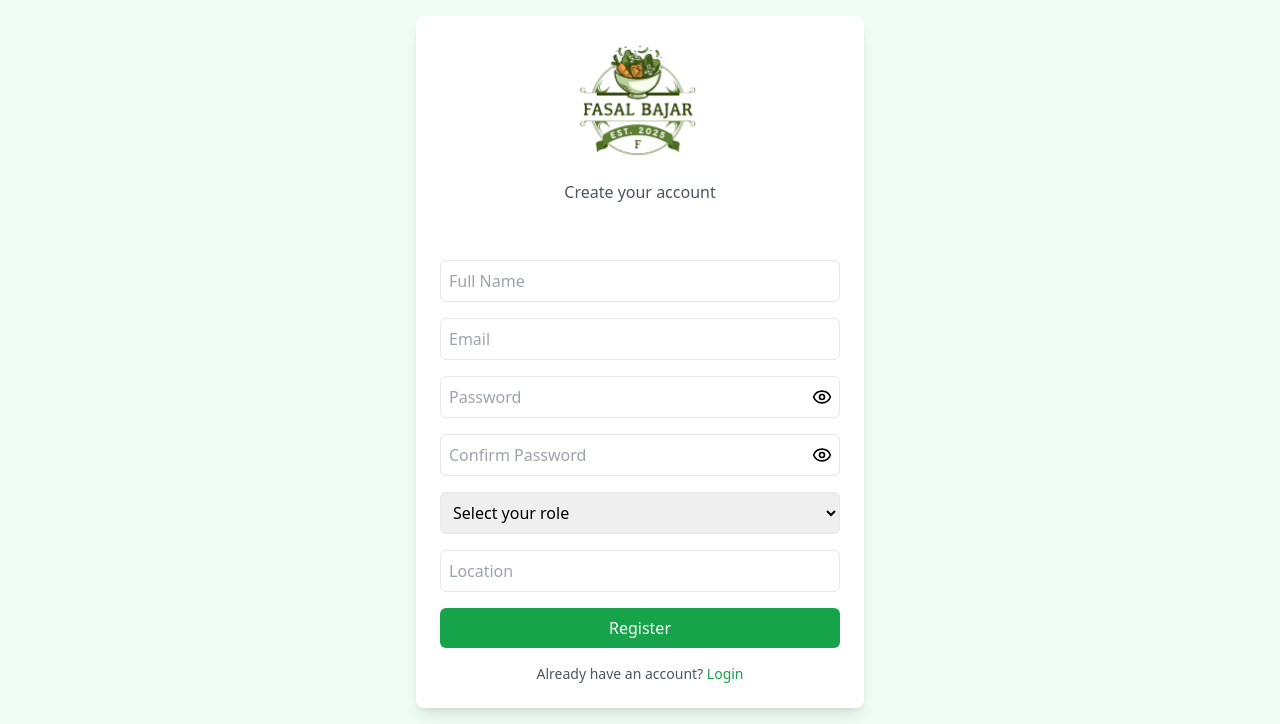
Repository: Dineshbhandari2023/FYP_Fasal_Bajar
Page: /register (app in Client/)
An editor plug-in stored every save of this project. The page is shown before and after the next save, followed by the edit.
The browser window is 1280 px wide. The pictures show the whole page.
The project was rebuilt for these pictures with package versions that can differ from the ones it lists, and the page was loaded fresh each time. Also part of the build but not shown: Client/vite.config.js, Client/src/Authentication/logIn.jsx, Client/src/Dashboard/dashboard.jsx.

Above is the page before, as saved 2025-02-17 19:53:20.

### Client/index.html
<!DOCTYPE html>
<html lang="en">
  <head>
    <meta charset="UTF-8" />
    <link rel="icon" type="image/svg+xml" href="/vite.svg" />
    <meta name="viewport" content="width=device-width, initial-scale=1.0" />
    <title>Vite + React</title>
    <style>
      @import url("https://fonts.googleapis.com/css2?family=Montserrat:ital@0;1&display=swap");
    </style>
  </head>
  <body>
    <div id="root"></div>
    <script type="module" src="/src/main.jsx"></script>
  </body>
</html>

### Client/src/App.jsx
import React from "react";
import { BrowserRouter as Router, Routes, Route } from "react-router-dom";
import Login from "./Authentication/Login";
import Dashboard from "./Dashboard/dashboard";
import Register from "./Authentication/Register";
// import Home from "./Home/home";

const App = () => {
  return (
    <Router>
      <div>
        <Routes>
          <Route path="/" element={<Dashboard />} />
          <Route path="/login" element={<Login />} />
          <Route path="/register" element={<Register />} />
          {/* <Route path="/dashboard" element={<Home />} /> */}
        </Routes>
      </div>
    </Router>
  );
};

export default App;

### Client/src/Authentication/Register.jsx
import React, { useState } from "react";
import { Eye, EyeOff } from "lucide-react";
import axios from "axios";
import { useNavigate } from "react-router-dom";
import logo from "../Assets/auth_logo.png";

const Register = () => {
  const [formData, setFormData] = useState({
    fullName: "",
    email: "",
    password: "",
    confirmPassword: "",
    role: "",
    location: "",
  });
  const [errors, setErrors] = useState({});
  const [showPassword, setShowPassword] = useState(false);
  const [showConfirmPassword, setShowConfirmPassword] = useState(false);
  const navigate = useNavigate();

  const validateForm = () => {
    const newErrors = {};
    if (!formData.fullName.trim()) newErrors.fullName = "Full name is required";
    const emailRegex = /^[^\s@]+@[^\s@]+\.[^\s@]+$/;
    if (!formData.email) newErrors.email = "Email is required";
    else if (!emailRegex.test(formData.email))
      newErrors.email = "Invalid email";
    if (!formData.password) newErrors.password = "Password is required";
    else if (formData.password.length < 8)
      newErrors.password = "Password must be at least 8 characters";
    if (!formData.confirmPassword)
      newErrors.confirmPassword = "Please confirm your password";
    else if (formData.password !== formData.confirmPassword)
      newErrors.confirmPassword = "Passwords do not match";
    if (!formData.role) newErrors.role = "Please select a role";
    if (!formData.location.trim()) newErrors.location = "Location is required";

    setErrors(newErrors);
    return Object.keys(newErrors).length === 0;
  };

  const handleChange = (e) => {
    const { name, value } = e.target;
    setFormData((prev) => ({ ...prev, [name]: value }));
    if (errors[name]) setErrors((prev) => ({ ...prev, [name]: "" }));
  };

  const handleSubmit = async (e) => {
    e.preventDefault();
    if (!validateForm()) return;

    try {
      const response = await axios.post(
        "http://localhost:8000/register",
        formData,
        {
          headers: { "Content-Type": "application/json" },
        }
      );
      if (response.status === 201) {
        alert("User registered successfully!");
        navigate("/login");
      }
    } catch (error) {
      setErrors({
        apiError:
          error.response?.data?.message ||
          "Registration failed. Try again later.",
      });
    }
  };

  return (
    <div className="min-h-screen bg-green-50 flex items-center justify-center p-4">
      <div className="bg-white rounded-lg shadow-lg p-6 w-full max-w-md">
        <div className="flex flex-col items-center mb-8">
          <div className="text-green-600 mb-3 h-32 w-32">
            <img src={logo} alt="fasal_Bajar logo" />
          </div>
          <p className="text-gray-600 text-center mb-6">Create your account</p>
        </div>
        <form onSubmit={handleSubmit} className="space-y-4">
          <input
            type="text"
            name="fullName"
            value={formData.fullName}
            onChange={handleChange}
            placeholder="Full Name"
            className="w-full p-2 border rounded-md"
          />
          {errors.fullName && (
            <p className="text-red-500 text-xs">{errors.fullName}</p>
          )}
          <input
            type="email"
            name="email"
            value={formData.email}
            onChange={handleChange}
            placeholder="Email"
            className="w-full p-2 border rounded-md"
          />
          {errors.email && (
            <p className="text-red-500 text-xs">{errors.email}</p>
          )}
          <div className="relative">
            <input
              type={showPassword ? "text" : "password"}
              name="password"
              value={formData.password}
              onChange={handleChange}
              placeholder="Password"
              className="w-full p-2 border rounded-md"
            />
            <button
              type="button"
              onClick={() => setShowPassword(!showPassword)}
              className="absolute right-2 top-1/2 transform -translate-y-1/2"
            >
              {showPassword ? <EyeOff size={20} /> : <Eye size={20} />}
            </button>
          </div>
          {errors.password && (
            <p className="text-red-500 text-xs">{errors.password}</p>
          )}
          <div className="relative">
            <input
              type={showConfirmPassword ? "text" : "password"}
              name="confirmPassword"
              value={formData.confirmPassword}
              onChange={handleChange}
              placeholder="Confirm Password"
              className="w-full p-2 border rounded-md"
            />
            <button
              type="button"
              onClick={() => setShowConfirmPassword(!showConfirmPassword)}
              className="absolute right-2 top-1/2 transform -translate-y-1/2"
            >
              {showConfirmPassword ? <EyeOff size={20} /> : <Eye size={20} />}
            </button>
          </div>
          {errors.confirmPassword && (
            <p className="text-red-500 text-xs">{errors.confirmPassword}</p>
          )}
          <select
            name="role"
            value={formData.role}
            onChange={handleChange}
            className="w-full p-2 border rounded-md"
          >
            <option value="">Select your role</option>
            <option value="Farmer">Farmer</option>
            <option value="Buyer">Buyer</option>
          </select>
          {errors.role && <p className="text-red-500 text-xs">{errors.role}</p>}
          <input
            type="text"
            name="location"
            value={formData.location}
            onChange={handleChange}
            placeholder="Location"
            className="w-full p-2 border rounded-md"
          />
          {errors.location && (
            <p className="text-red-500 text-xs">{errors.location}</p>
          )}
          {errors.apiError && (
            <p className="text-red-500 text-xs">{errors.apiError}</p>
          )}
          <button
            type="submit"
            className="w-full bg-green-600 text-white py-2 rounded-md hover:bg-green-700"
          >
            Register
          </button>
        </form>
        <p className="text-center mt-4 text-sm text-gray-600">
          Already have an account?{" "}
          <a href="/login" className="text-green-600 hover:text-green-700">
            Login
          </a>
        </p>
      </div>
    </div>
  );
};

export default Register;

Loaded but not shown: Client/src/main.jsx (common file); Client/src/index.css (common file); Client/tailwind.config.js (common file)

After the next save:
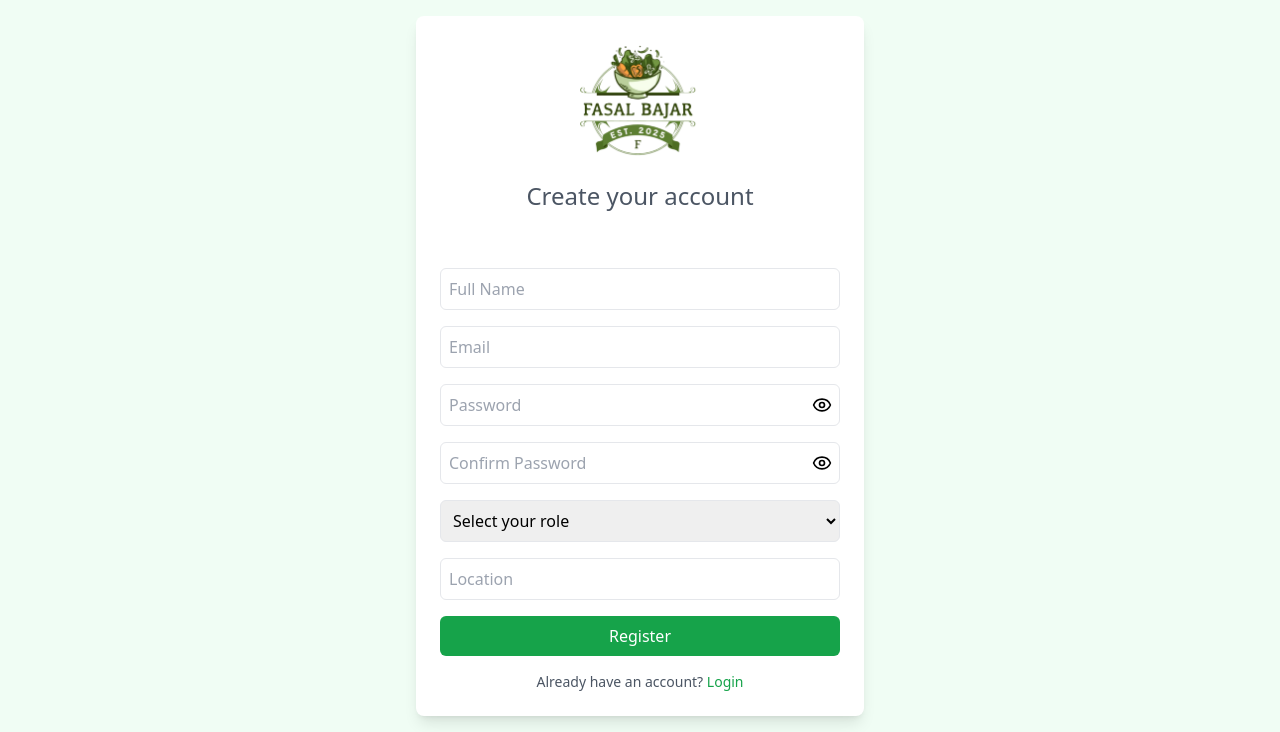
Saved 10 s later.
--- a/Client/src/Authentication/Register.jsx
+++ b/Client/src/Authentication/Register.jsx
@@ -77,7 +77,9 @@
           <div className="text-green-600 mb-3 h-32 w-32">
             <img src={logo} alt="fasal_Bajar logo" />
           </div>
-          <p className="text-gray-600 text-center mb-6">Create your account</p>
+          <p className="text-gray-600 text-2xl text-center mb-6">
+            Create your account
+          </p>
         </div>
         <form onSubmit={handleSubmit} className="space-y-4">
           <input
